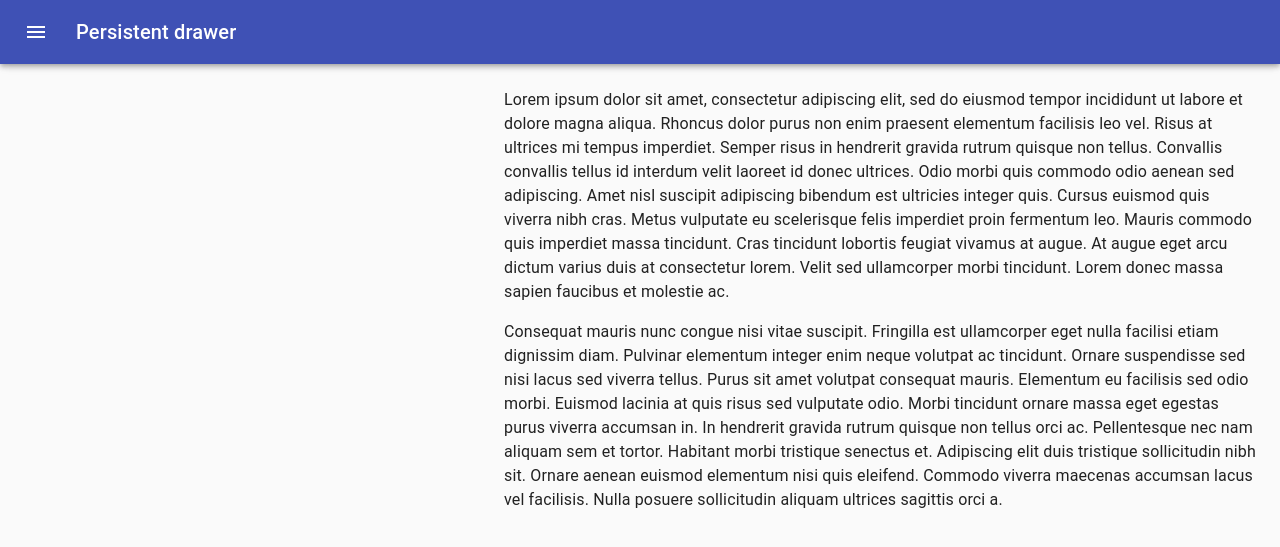
Repository: liaobushi520/react_fake_wechat
Page: /
An editor plug-in stored every save of this project. The page is shown before and after the next save, followed by the edit.
The browser window is 1280 px wide. The pictures show the whole page.
The project was rebuilt for these pictures with package versions that can differ from the ones it lists, and the page was loaded fresh each time.

Above is the page before, as saved 2019-10-29 17:47:32.

### src/index.tsx

import ReactDOM from 'react-dom';
import './index.css';
import App from './App';
import * as serviceWorker from './serviceWorker';
import * as React from 'react';
import PersistentDrawerLeft from './PersistentDrawerLeft';





ReactDOM.render(<PersistentDrawerLeft/> , document.getElementById('root'));

// If you want your app to work offline and load faster, you can change
// unregister() to register() below. Note this comes with some pitfalls.
// Learn more about service workers: https://bit.ly/CRA-PWA
serviceWorker.unregister();

### src/PersistentDrawerLeft.tsx
import React from 'react';
import clsx from 'clsx';
import { makeStyles, useTheme, Theme, createStyles } from '@material-ui/core/styles';
import Drawer from '@material-ui/core/Drawer';
import CssBaseline from '@material-ui/core/CssBaseline';
import AppBar from '@material-ui/core/AppBar';
import Toolbar from '@material-ui/core/Toolbar';
import List from '@material-ui/core/List';
import Typography from '@material-ui/core/Typography';
import Divider from '@material-ui/core/Divider';
import IconButton from '@material-ui/core/IconButton';
import MenuIcon from '@material-ui/icons/Menu';
import ChevronLeftIcon from '@material-ui/icons/ChevronLeft';
import ChevronRightIcon from '@material-ui/icons/ChevronRight';
import ListItem from '@material-ui/core/ListItem';
import ListItemIcon from '@material-ui/core/ListItemIcon';
import ListItemText from '@material-ui/core/ListItemText';
import InboxIcon from '@material-ui/icons/MoveToInbox';
import MailIcon from '@material-ui/icons/Mail';

const drawerWidth = 240;

const useStyles = makeStyles((theme: Theme) =>
    createStyles({
        root: {
            display: 'flex',
        },
        appBar: {
            transition: theme.transitions.create(['margin', 'width'], {
                easing: theme.transitions.easing.sharp,
                duration: theme.transitions.duration.leavingScreen,
            }),
        },
        appBarShift: {
            width: `calc(100% - ${drawerWidth}px)`,
            marginLeft: drawerWidth,
            transition: theme.transitions.create(['margin', 'width'], {
                easing: theme.transitions.easing.easeOut,
                duration: theme.transitions.duration.enteringScreen,
            }),
        },
        menuButton: {
            marginRight: theme.spacing(2),
        },
        hide: {
            display: 'none',
        },
        drawer: {
            width: drawerWidth,
            flexShrink: 0,
        },
        drawerPaper: {
            width: drawerWidth,
        },
        drawerHeader: {
            display: 'flex',
            alignItems: 'center',
            padding: theme.spacing(0, 1),
            ...theme.mixins.toolbar,
            justifyContent: 'flex-end',
        },
        content: {
            flexGrow: 1,
            padding: theme.spacing(3),
            transition: theme.transitions.create('margin', {
                easing: theme.transitions.easing.sharp,
                duration: theme.transitions.duration.leavingScreen,
            }),
            marginLeft: drawerWidth,
        },
        contentShift: {
            transition: theme.transitions.create('margin', {
                easing: theme.transitions.easing.easeOut,
                duration: theme.transitions.duration.enteringScreen,
            }),
            marginLeft: 0,
        },
    }),
);


export default function PersistentDrawerLeft() {
    const classes = useStyles();
    const theme = useTheme();
    const [open, setOpen] = React.useState(false);


    const handleDrawerOpen = () => {
        setOpen(true);
    };

    const handleDrawerClose = () => {
        setOpen(false);
    };

    return (
        <div className={classes.root}>
            <CssBaseline />
            <AppBar
                position="fixed"
                className={clsx(classes.appBar, {
                    [classes.appBarShift]: open,
                })}
            >
                <Toolbar>
                    <IconButton
                        color="inherit"
                        aria-label="open drawer"
                        onClick={handleDrawerOpen}
                        edge="start"
                        className={clsx(classes.menuButton, open && classes.hide)}
                    >
                        <MenuIcon />
                    </IconButton>
                    <Typography variant="h6" noWrap>
                        Persistent drawer
                </Typography>
                </Toolbar>
            </AppBar>
            <Drawer
                className={classes.drawer}
                variant="persistent"
                anchor="left"
                open={open}
                classes={{
                    paper: classes.drawerPaper,
                }}
            >
                <div className={classes.drawerHeader}>
                    <IconButton onClick={handleDrawerClose}>
                        {theme.direction === 'ltr' ? <ChevronLeftIcon /> : <ChevronRightIcon />}
                    </IconButton>
                </div>
                <Divider />
                <List>
                    {['Inbox', 'Starred', 'Send email', 'Drafts'].map((text, index) => (
                        <ListItem button key={text}>
                            <ListItemIcon>{index % 2 === 0 ? <InboxIcon /> : <MailIcon />}</ListItemIcon>
                            <ListItemText primary={text} />
                        </ListItem>
                    ))}
                </List>
                <Divider />
                <List>
                    {['All mail', 'Trash', 'Spam'].map((text, index) => (
                        <ListItem button key={text}>
                            <ListItemIcon>{index % 2 === 0 ? <InboxIcon /> : <MailIcon />}</ListItemIcon>
                            <ListItemText primary={text} />
                        </ListItem>
                    ))}
                </List>
            </Drawer>
            <main
                className={clsx(classes.content, {
                    [classes.contentShift]: open,
                })}
            >
                <div className={classes.drawerHeader} />
                <Typography paragraph>
                    Lorem ipsum dolor sit amet, consectetur adipiscing elit, sed do eiusmod tempor incididunt
                    ut labore et dolore magna aliqua. Rhoncus dolor purus non enim praesent elementum
                    facilisis leo vel. Risus at ultrices mi tempus imperdiet. Semper risus in hendrerit
                    gravida rutrum quisque non tellus. Convallis convallis tellus id interdum velit laoreet id
                    donec ultrices. Odio morbi quis commodo odio aenean sed adipiscing. Amet nisl suscipit
                    adipiscing bibendum est ultricies integer quis. Cursus euismod quis viverra nibh cras.
                    Metus vulputate eu scelerisque felis imperdiet proin fermentum leo. Mauris commodo quis
                    imperdiet massa tincidunt. Cras tincidunt lobortis feugiat vivamus at augue. At augue eget
                    arcu dictum varius duis at consectetur lorem. Velit sed ullamcorper morbi tincidunt. Lorem
                    donec massa sapien faucibus et molestie ac.
              </Typography>
                <Typography paragraph>
                    Consequat mauris nunc congue nisi vitae suscipit. Fringilla est ullamcorper eget nulla
                    facilisi etiam dignissim diam. Pulvinar elementum integer enim neque volutpat ac
                    tincidunt. Ornare suspendisse sed nisi lacus sed viverra tellus. Purus sit amet volutpat
                    consequat mauris. Elementum eu facilisis sed odio morbi. Euismod lacinia at quis risus sed
                    vulputate odio. Morbi tincidunt ornare massa eget egestas purus viverra accumsan in. In
                    hendrerit gravida rutrum quisque non tellus orci ac. Pellentesque nec nam aliquam sem et
                    tortor. Habitant morbi tristique senectus et. Adipiscing elit duis tristique sollicitudin
                    nibh sit. Ornare aenean euismod elementum nisi quis eleifend. Commodo viverra maecenas
                    accumsan lacus vel facilisis. Nulla posuere sollicitudin aliquam ultrices sagittis orci a.
              </Typography>
            </main>
        </div>
    );
}

Loaded but not shown: public/index.html (common file); src/index.css (common file); src/serviceWorker.ts (common file)

After the next save:
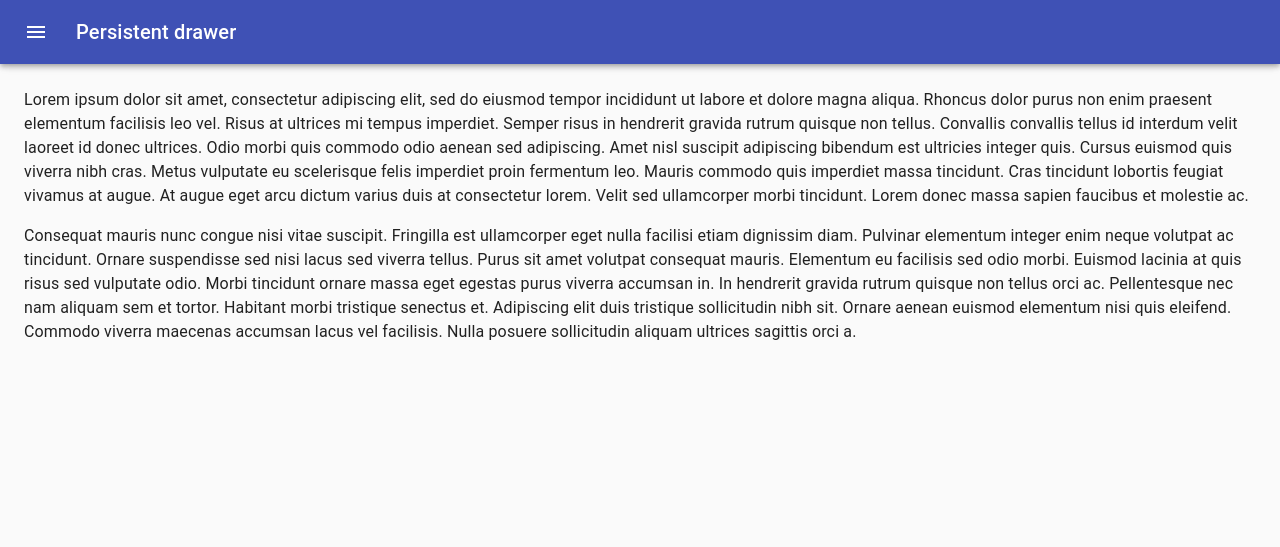
Saved 10 min 12 s later.
--- a/src/PersistentDrawerLeft.tsx
+++ b/src/PersistentDrawerLeft.tsx
@@ -66,14 +66,14 @@ const useStyles = makeStyles((theme: Theme) =>
                 easing: theme.transitions.easing.sharp,
                 duration: theme.transitions.duration.leavingScreen,
             }),
-            marginLeft: drawerWidth,
+            marginLeft: -drawerWidth,
         },
         contentShift: {
             transition: theme.transitions.create('margin', {
                 easing: theme.transitions.easing.easeOut,
                 duration: theme.transitions.duration.enteringScreen,
             }),
-            marginLeft: 0,
+            marginLeft: 100,
         },
     }),
 );
